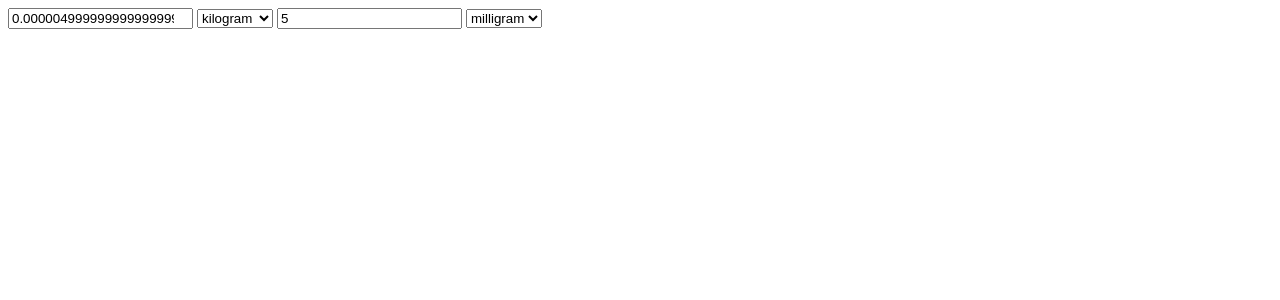
Repository: Eugene44-hub/weight-converter
Page: index.html
An editor plug-in stored every save of this project. The page is shown before and after the next save, followed by the edit.
The browser window is 1280 px wide. The pictures show the whole page.
Empty fields were first filled with sample values (such as "Sample", 5 or name@example.com).
After loading, the first visible `#output` was changed once.

Above is the page before, as saved 2021-09-20 02:35:20.

After the next save:
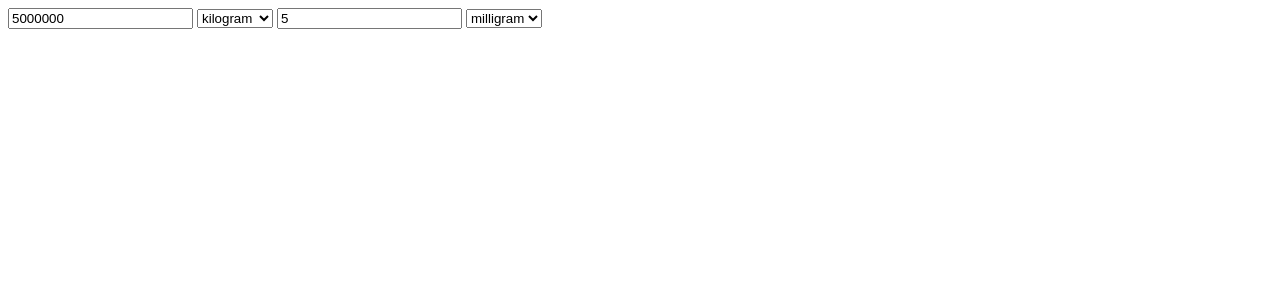
Saved 27 s later.
--- a/app.js
+++ b/app.js
@@ -40,7 +40,7 @@ typed.addEventListener('input',
 output.addEventListener('input',
     e => {
         if (select2.value === 'mg' && select.value === 'kg') {
-            typed.value = Number(e.target.value) * Math.pow(10, -6)
+            typed.value = Number(e.target.value) / Math.pow(10, -6)
         }
         if (select2.value === "mg" && select.value === 'ou') {
             typed.value = Number(e.target.value) * 0.000035274
